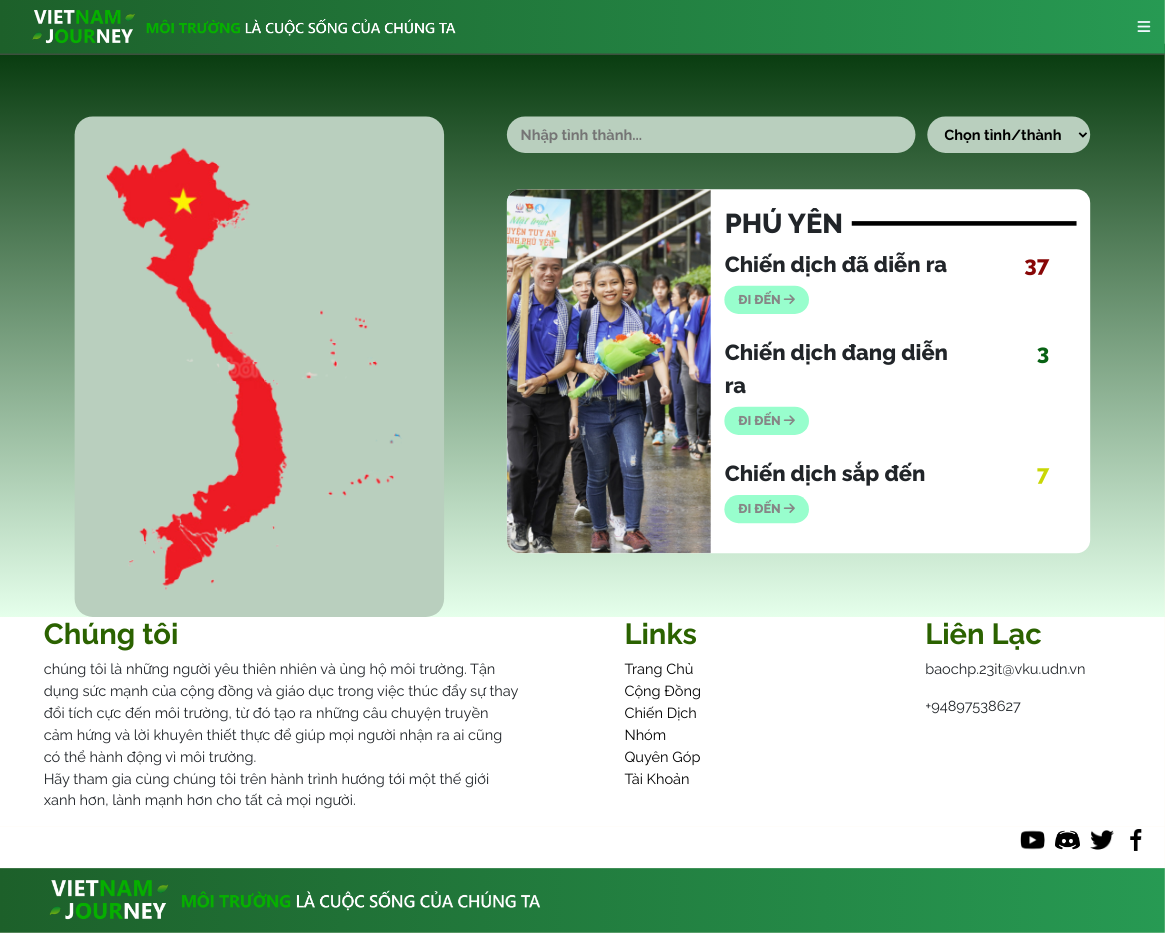
Repository: Boima12/Boima12.github.io_VietnamJourney
Page: HTML/ChienDich/ChienDich.html
These files come from the project's save history. The page is drawn as it stood at one moment and after a run of saves; the edit follows.
The browser window is 1280 px wide. The pictures show the whole page, at 91% of full size.

Above is the page before, as saved 2024-05-25 08:29:39.

### HTML/ChienDich/ChienDich.html
<!DOCTYPE html>
<HTML lang="en">

<HEAD>
    <TITLE>Chiến Dịch</TITLE>
    <meta charset="UTF-8">
    <meta name="viewport" content="width=device-width, initial-scale=1.0">

    <!-- CSS -->
    <link rel="stylesheet" href="ChienDich.css">

    <!-- Favicon -->
    <link rel="icon" type="image/x-icon" href="../../Images/yo.ico">

    <!--Bootstrap 5-->
    <link href="https://cdn.jsdelivr.net/npm/bootstrap@5.3.3/dist/css/bootstrap.min.css" rel="stylesheet">
    <script src="https://cdn.jsdelivr.net/npm/bootstrap@5.3.3/dist/js/bootstrap.bundle.min.js"></script>
    <!-- <link rel="stylesheet" href="https://cdn.jsdelivr.net/npm/bootstrap@4.6.2/dist/css/bootstrap.min.css" integrity="sha384-xOolHFLEh07PJGoPkLv1IbcEPTNtaed2xpHsD9ESMhqIYd0nLMwNLD69Npy4HI+N" crossorigin="anonymous"> -->
    <!-- Font Awesome -->
    <link rel="stylesheet" href="https://cdnjs.cloudflare.com/ajax/libs/font-awesome/6.5.1/css/all.min.css">
</HEAD>



<BODY style="background-color: #FFF4E6;">

    <!-- header là Navigation bar -->
    <header id="header1">
        <div class="logo">
            <img class="logo1" src="../../Images/header1.png" onclick="navToIntro()" style="height: 40px;">
            <img class="logo2" src="../../Images/header2.png" onclick="navToIntro()">
        </div>

        <div class="links">
            <nav>
                <a href="../TrangChu/TrangChu.html">TRANG CHỦ</a>
                <a href="../CongDong/CongDong.html">CỘNG ĐỒNG</a>
                <a href="../ChienDich/ChienDich.html">CHIẾN DỊCH</a>
                <a href="../Nhom/Nhom.html">NHÓM</a>
                <a href="../QuyenGop/QuyenGop.html">QUYÊN GÓP</a>
                <a href="../TaiKhoan/TaiKhoan.html">TÀI KHOẢN</a>
            </nav>
        </div>

        <div class="bar" onclick="MenuBar()">
            <i class="fa-solid fa-bars"></i>
        </div>

        <div id="overlay"></div>

        <div id="sidebar">
            <div class="sidebar-content">

                <div style="color: aliceblue;text-align: right;margin-top:0;" onclick="CloseBar()"><i
                        class="fa-solid fa-bars"></i></div>

                <!-- <p>VỀ CHÚNG TÔI <i class="fa-regular fa-address-card"></i></p> -->
                <a href="../TrangChu/TrangChu.html">TRANG CHỦ <i class="fa-solid fa-house"></i></a>
                <a href="../CongDong/CongDong.html">CỘNG ĐỒNG <i class="fa-solid fa-earth-americas"></i></a>
                <a href="../ChienDich/ChienDich.html">CHIẾN DỊCH <i class="fa-solid fa-fire"></i></a>
                <a href="../Nhom/Nhom.html">NHÓM <i class="fa-solid fa-people-group"></i></a>
                <a href="../QuyenGop/QuyenGop.html">QUYÊN GÓP <i class="fa-solid fa-hand-holding-dollar"></i></a>
                <a href="../TaiKhoan/TaiKhoan.html">TÀI KHOẢN <i class="fa-solid fa-user"></i></a>
            </div>

        </div>

    </header>
    <div style="height: 3rem;"></div> <!-- Cách một khoảng cho navigation bar -->















<!-- LÀM Ở ĐÂY -->
    <div class="section-one">
        <div class="container">
            <div class="row">
                <div class="col-xl-5  col-lg-5 col-md-12 col-sm-12 col-12">
                    <div class="map">
                        <img src="./images/bando.png" alt="bản đồ việt nam">
                    </div>
                </div>
                <div class="col-xl-7 col-lg-7 col-md-12 col-sm-12 col-12">
                    <div class="right">
                        <div class="search">
                            <input type="search" class="inner-search" placeholder="Nhập tỉnh thành...">
                            <select id="province" name="province" required>
                                <option value="" selected disabled>Chọn tỉnh/thành</option>
                            </select>
                        </div>
                        <div class="content">
                            <img src="./images/anh1.jpg" alt="">
                            <div class="inner-content">
                                <div class="inner-title">
                                    <div class="inner-text">PHÚ YÊN</div>
                                    <div class="inner-line"></div>
                                </div>
                                <div class="part">
                                    <div class="inner-content">
                                        <div class="inner-title">Chiến dịch đã diễn ra</div>
                                        <div class="inner-button">ĐI ĐẾN <i class="fa-solid fa-arrow-right"></i></div>
                                    </div>
                                    <div class="inner-count red">37</div>
                                </div>
                                <div class="part">
                                    <div class="inner-content">
                                        <div class="inner-title">Chiến dịch đang diễn ra</div>
                                        <div class="inner-button">ĐI ĐẾN <i class="fa-solid fa-arrow-right"></i></div>
                                    </div>
                                    <div class="inner-count green">3</div>
                                </div>
                                <div class="part">
                                    <div class="inner-content">
                                        <div class="inner-title">Chiến dịch sắp đến</div>
                                        <div class="inner-button">ĐI ĐẾN <i class="fa-solid fa-arrow-right"></i></div>
                                    </div>
                                    <div class="inner-count yellow">7</div>
                                </div>
                            </div>
                        </div>
                    </div>
                </div>
            </div>
        </div>
    </div>















    <footer>
        <div class="up">
            <div id="about">
                <h2>Chúng tôi</h2>
                <p>chúng tôi là những người yêu thiên nhiên và ủng hộ môi trường. Tận dụng sức mạnh của cộng đồng và giáo dục trong việc thúc đẩy sự thay đổi tích cực đến môi trường, từ đó tạo ra những câu chuyện truyền cảm hứng và lời khuyên thiết thực để giúp mọi người nhận ra ai cũng có thể hành động vì môi trường.<br>
                    Hãy tham gia cùng chúng tôi trên hành trình hướng tới một thế giới xanh hơn, lành mạnh hơn cho tất cả mọi người.
                </p>
            </div>

            <div id="quickLinks">
                <h2>Links</h2>
                <a href="../../HTML/TrangChu/TrangChu.html">Trang Chủ</a>
                <a href="../../HTML/CongDong/CongDong.html">Cộng Đồng</a>
                <a href="../../HTML/ChienDich/ChienDich.html">Chiến Dịch</a>
                <a href="../../HTML/Nhom/Nhom.html">Nhóm</a>
                <a href="../../HTML/QuyenGop/QuyenGop.html">Quyên Góp</a>
                <a href="../../HTML/TaiKhoan/TaiKhoan.html">Tài Khoản</a>
            </div>

            <div id="contacts">
                <h2>Liên Lạc</h2>
                <p>baochp.23it@vku.udn.vn</p>
                <p>+94897538627</p>
            </div>
        </div>


        <div class="mid">
            <a href="https://www.youtube.com/channel/UC1cpkfqLNp6I1HgNy2MUhUg"><img src="../../Images/youtube_icon.png"></a>
            <a href="https://discord.com/invite/45fkbZcj"><img src="../../Images/discord_icon.png"></a>
            <a href="https://x.com/dog_rates"><img src="../../Images/twitter_icon.png"></a>
            <a href="https://web.facebook.com/vku.udn.vn/?_rdc=1&_rdr"><img src="../../Images/facebook_icon.png"></a>
        </div>


        <div class="bot">
            <img class="logo1" src="../../Images/header1.png">
            <img class="logo2" src="../../Images/header2.png">
        </div>
    </footer>


    <!-- JavaScript -->
    <script src="../../Script/ChienDich.js"></script>
    <noscript>Your Browser doesn't support JavaScript</noscript>

</BODY>

</HTML>

### HTML/ChienDich/ChienDich.css
/* IMPORTING */
@font-face {
    font-family: Raleway;
    src: url("../../Fonts/Raleway-VariableFont_wght.ttf");
}

/* END IMPORTING */

/*BASE*/
* {
    box-sizing: border-box;
}

:root {
    --color-bg: #05390C;
    --color-green: #00FF0A;
    --color-text: #000000;
    --color-desc: #868686;
  }

body {
    color: var(--color-text);
}

/*BASE*/

/* Loại bỏ margin - padding global */
* {
    margin: 0px;
    padding: 0px;
}


/* global font */
* {
    font-family: Raleway;
}



/* NAVIGATION BAR */
header {
    display: flex;
    align-items: center;
    justify-content: space-between;
    position: fixed;
    width: 100%;
    height: 60px;
    border-bottom: 1.5px solid rgb(97, 94, 94);
    background: linear-gradient(to right, rgb(29, 96, 42), rgb(39, 154, 83));
    z-index: 999;
}


header div.logo img {
    width: auto;
    height: 2.9rem;
    /* margin-left: 3rem; */
}

header div.logo img.logo1 {
    display: block;
    padding-left: 10px;
    margin: 20px;
}

header div.logo img.logo2 {
    display: none;
}


header div.links nav {
    display: flex;
    justify-content: space-around;
    width: 100%;
}


header div.links nav a {
    margin: 0;
    padding: 0 1rem;

    cursor: pointer;

    text-decoration: none;
    color: white;
    font-size: 16px;
    font-weight: 600;
}


header div.links nav a:hover {
    color: #b8e994;
}


header div.bar {
    display: none;
    margin-right: 1rem;

    color: aliceblue;
    text-align: right;
}


header #overlay {
    display: none;
    position: fixed;

    top: 0;
    left: 0;
    width: 100%;
    height: 100%;

    background-color: rgba(0, 0, 0, 0.8);

    z-index: 9999;
}


header #sidebar {
    display: flex;
    justify-content: flex-end;
    float: right;

    position: fixed;

    top: 0;
    right: -20%;
    width: 20%;
    height: 100%;
    border: none;
    overflow: hidden;

    background: linear-gradient(to top, rgb(37, 79, 46), rgb(53, 189, 105));

    transition: right 0.3s ease-in-out;
    z-index: 10000;

}


header #sidebar.open {
    right: 0;
}


header #sidebar div.sidebar-content {
    display: flex;
    flex-direction: column;
    overflow-y: auto;
    overflow-x: hidden;
    padding: 1.5rem;
    width: 100%;
}


header #sidebar div.sidebar-content a {
    text-align: right;
    text-decoration: none;
    font-size: 1.2rem;

    color: aliceblue;
    margin-top: 1.5rem;

    margin-right: 0;
}


header #sidebar div.sidebar-content a:hover {
    color: #b8e994;
}


header #sidebar div.sidebar-content i {
    font-size: smaller;
}

/* END NAVIGATION BAR */

/* SECTION-ONE */
.section-one {
    background-image: linear-gradient(to bottom, #05390C, #E5FFEB);
    padding-top: 80px;
    padding-;
}

.map {
    width: 90%;
    position: relative;
    border-radius: 20px;
    max-width: 100%;
    overflow: hidden;
    height: 550px;
    object-fit: cover;
    background-color: #b9cfbe ;
}

.map img {
    width: 100%;
    height: 100%;
}

.right {
    height: 500px;
}

.right .search {
    height: 40px;
    margin-bottom: 40px;
    display: flex;
    justify-content: space-between;
}

.right .search .inner-search {
    background-color: #B9CFBE;
    height: 100%;
    width: 70%;
    border-radius: 40px;
    border: none;
    padding: 5px 15px 5px 15px;
    font-size: 16px;
    font-weight: 700;
}

.right .search #province {
    background-color: #B9CFBE;
    height: 100%;
    width: 28%;
    border-radius: 40px;
    border: none;
    padding: 5px 15px 5px 15px;
    font-size: 16px;
    font-weight: 700;
}

.right .content {
    display: flex;
    border-radius: 15px;
    overflow: hidden;
    height: 400px;
    background-color: white;
}

.right .content img {
    width: 35%;
    height: auto;
    object-fit: cover;
}

.right .content .inner-content {
    width: 65%;
    padding: 15px;
}

.right .content .inner-content .inner-title {
    width: 100%;
    font-size: 30px;
    font-weight: 800;
    display: flex;
    align-items: center;
    margin-bottom: 5px;
}

.right .content .inner-content .inner-title .inner-text {
    display: inline-block;
}

.right .content .inner-content .inner-title .inner-line {
    flex-grow: 1;
    position: relative;
    height: 5px;
    background-color: #000000;
    line-height: 100%;
    margin-left: 10px;
}

.right .content .inner-content .part {
    width: 100%;
    display: flex;
    justify-content: space-between;
    margin-bottom: 25px;
}

.right .content .inner-content .part .inner-content {
    padding: 0;
}

.right .content .inner-content .part .inner-content .inner-title{
    font-size: 24px;
}

.right .content .inner-content .part .inner-content .inner-button {
    font-size: 14px;
    font-weight: 800;
    color: var(--color-desc);
    background-color: #98FECD;
    display: inline-block;
    padding: 5px 15px 5px 15px;
    border-radius: 20px;
}

.right .content .inner-content .part .inner-count {
    font-size: 24px;
    font-weight: 800;
    text-align: center;
    margin-right: 30px;
}

.right .content .inner-content .part .red {
    color: #880707;
}

.right .content .inner-content .part .green {
    color: #086214;
}

.right .content .inner-content .part .yellow {
    color: #c9d705;
}

/* END SECTION-ONE */











































/* Code CSS ở đây */






































/* FOOTER */
footer div.up {
    display: flex;
    justify-content: space-around;
    gap: 1.2rem;
    width: 100%;

    background-color: white;

}


footer div.up h2 {
    font-weight: bold;
    color: #2B6200;
}


footer div.up #about {
    display: flex;
    flex-direction: column;
    justify-content: flex-start;

    width: 50%;
    padding-left: 3rem;
    padding-right: 3rem;
}


footer div.up #quickLinks {
    display: flex;
    flex-direction: column;
    justify-content: flex-start;

    width: 25%;
    padding-left: 3rem;
    padding-right: 3rem;
}


footer div.up #quickLinks a {
    text-decoration: none;
    color: black;
}


footer div.up #contacts {
    display: flex;
    flex-direction: column;
    justify-content: flex-start;

    width: 25%;
    padding-left: 3rem;
    padding-right: 3rem;
}


footer div.mid {
    display: flex;
    justify-content: flex-end;
    gap: 0.5rem;

    width: 100%;
    padding-right: 1rem;
    padding-bottom: 1rem;
    background-color: white;
}


footer div.mid a img {
    width: 30px;
    height: 30px;
}


footer div.bot {
    display: flex;
    justify-content: flex-start;

    padding-left: 3rem;
    padding-top: 0.75rem;
    padding-bottom: 0.75rem;
    width: 100%;

    background: linear-gradient(to right, rgb(29, 96, 42), rgb(39, 154, 83));
}


footer div.bot img {
    width: auto;
    height: 2.9rem;
}


footer div.bot img.logo1 {
    display: block;
}


footer div.bot img.logo2 {
    display: none;
}


/* END FOOTER */













/* RESPONSIVE DESIGN */
@media (max-width: 1380px) {
    header div.links nav a {
        display: none;
    }

    header div.bar  {
        display: block;
    }

    header #sidebar {
        right: -30%;
        width: 30%;
    }
}


@media (max-width: 950px) {
    footer div.up {
        flex-direction: column;
    }

    footer div.up #about {
        width: 100%;
    }

    footer div.up #quickLinks {
        width: 100%;
    }

    footer div.up #contacts {
        width: 100%;
    }
}


@media (max-width: 630px) {
    header {
        height: 3.5rem;
    }

    header div.logo img.logo1 {
        display: none;
    }

    header div.logo img.logo2 {
        display: block;
    }

    header div.logo img {
        width: auto;
        height: 3.5rem;
        margin-left: 14rem;
    }

    header #sidebar {
        right: -50%;
        width: 50%;
    }

    footer div.bot {
        justify-content: center;
        padding-left: 0rem;
    }

    footer div.bot img {
        height: 3.5rem;
    }

    footer div.bot img.logo1 {
        display: none;
    }

    footer div.bot img.logo2 {
        display: block;
    }
}


@media (max-width: 560px) {
    header div.logo img {
        margin-left: 8rem;
    }

    header #sidebar {
        right: -60%;
        width: 60%;
    }
}


@media (max-width: 320px) {
    header div.logo img {
        margin-left: 5rem;
    }
}

/* END RESPONSIVE DESIGN */

### Script/ChienDich.js
// header menu bar
const overlay = document.getElementById('overlay');
const sidebar = document.getElementById('sidebar');

function MenuBar() {
    overlay.style.display = 'block';
    sidebar.classList.add('open');
}

function CloseBar() {
    overlay.style.display = 'none';
    sidebar.classList.remove('open');
}


// back to intro when click the logo
function navToIntro() {
    window.location.href = '../../index.html';
}


// navigation bar background transparency
// const header = document.getElementById('header1');
// function toggle_header() {
//     if (window.screenY == 0) {
//         header.style.background = 'linear-gradient(to right, rgba(29, 96, 42, 0), rgba(39, 154, 83, 0))';
//     } else if (window.screenY < 210) {
//         header.style.background = 'linear-gradient(to right, rgba(29, 96, 42, ' + parseInt(window.scrollY)*2 / 300 + '), rgba(39, 154, 83, ' + parseInt(window.scrollY)*2 / 300 + '))';
//     } else {
//         header.style.background = 'linear-gradient(to right, rgba(29, 96, 42, 0.7), rgba(39, 154, 83, 0.7))';
//     }
// }

// window.addEventListener('scroll', toggle_header);


const provinces = [
    "An Giang", "Bà Rịa - Vũng Tàu", "Bắc Giang", "Bắc Kạn", "Bạc Liêu",
    "Bắc Ninh", "Bến Tre", "Bình Định", "Bình Dương", "Bình Phước",
    "Bình Thuận", "Cà Mau", "Cần Thơ", "Cao Bằng", "Đà Nẵng",
    "Đắk Lắk", "Đắk Nông", "Điện Biên", "Đồng Nai", "Đồng Tháp",
    "Gia Lai", "Hà Giang", "Hà Nam", "Hà Nội", "Hà Tĩnh",
    "Hải Dương", "Hải Phòng", "Hậu Giang", "Hòa Bình", "Hưng Yên",
    "Khánh Hòa", "Kiên Giang", "Kon Tum", "Lai Châu", "Lâm Đồng",
    "Lạng Sơn", "Lào Cai", "Long An", "Nam Định", "Nghệ An",
    "Ninh Bình", "Ninh Thuận", "Phú Thọ", "Phú Yên", "Quảng Bình",
    "Quảng Nam", "Quảng Ngãi", "Quảng Ninh", "Quảng Trị", "Sóc Trăng",
    "Sơn La", "Tây Ninh", "Thái Bình", "Thái Nguyên", "Thanh Hóa",
    "Thừa Thiên Huế", "Tiền Giang", "TP Hồ Chí Minh", "Trà Vinh",
    "Tuyên Quang", "Vĩnh Long", "Vĩnh Phúc", "Yên Bái"
];

const select = document.getElementById('province');

provinces.forEach(province => {
    const option = document.createElement('option');
    option.value = province;
    option.textContent = province;
    select.appendChild(option);
});

After the next 2 saves:
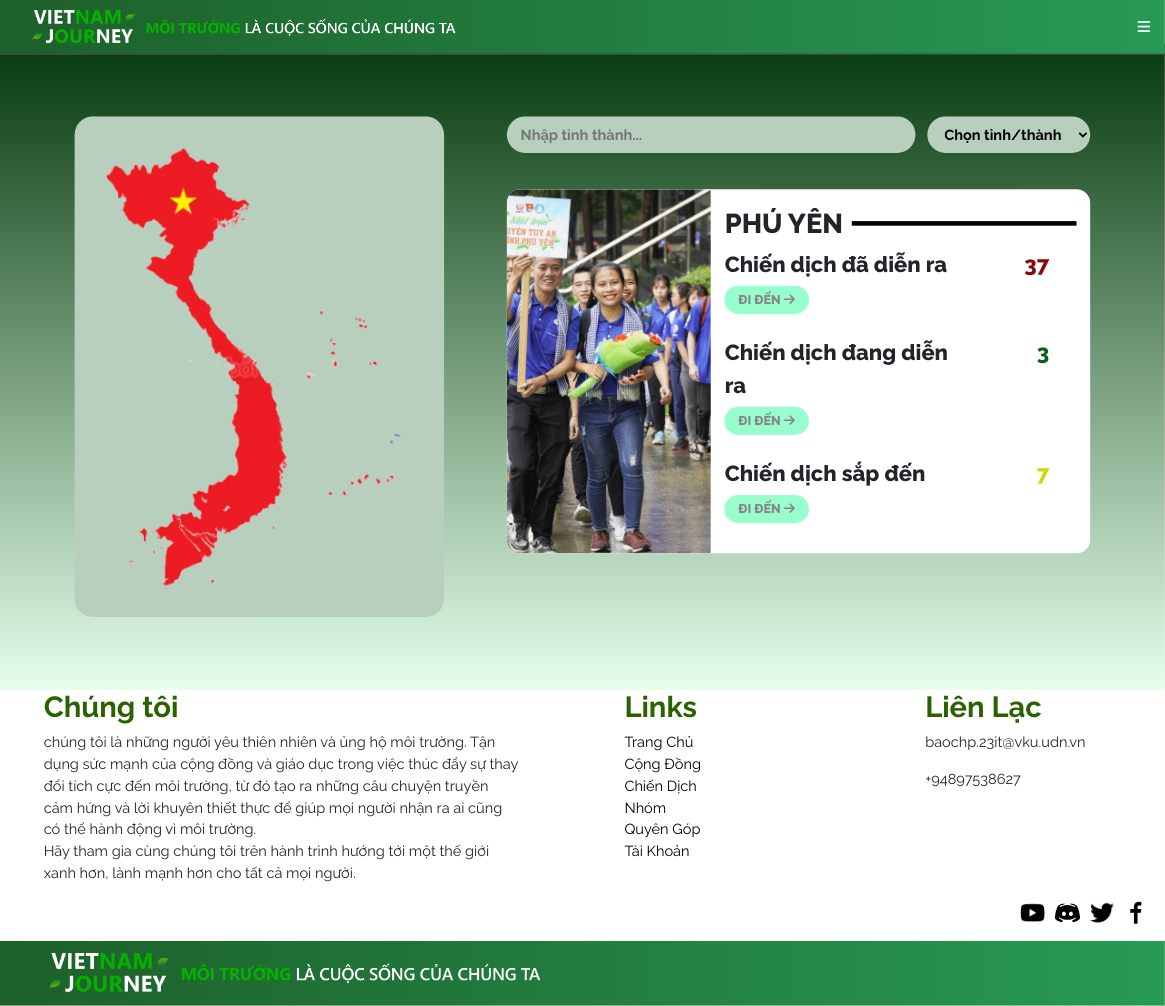
The 2 saves are shown as one change because they came seconds apart.
The last was saved 7 s later.
--- a/HTML/ChienDich/ChienDich.css
+++ b/HTML/ChienDich/ChienDich.css
@@ -182,7 +182,7 @@ header #sidebar div.sidebar-content i {
 .section-one {
     background-image: linear-gradient(to bottom, #05390C, #E5FFEB);
     padding-top: 80px;
-    padding-;
+    padding-bottom: 80px;
 }
 
 .map {
